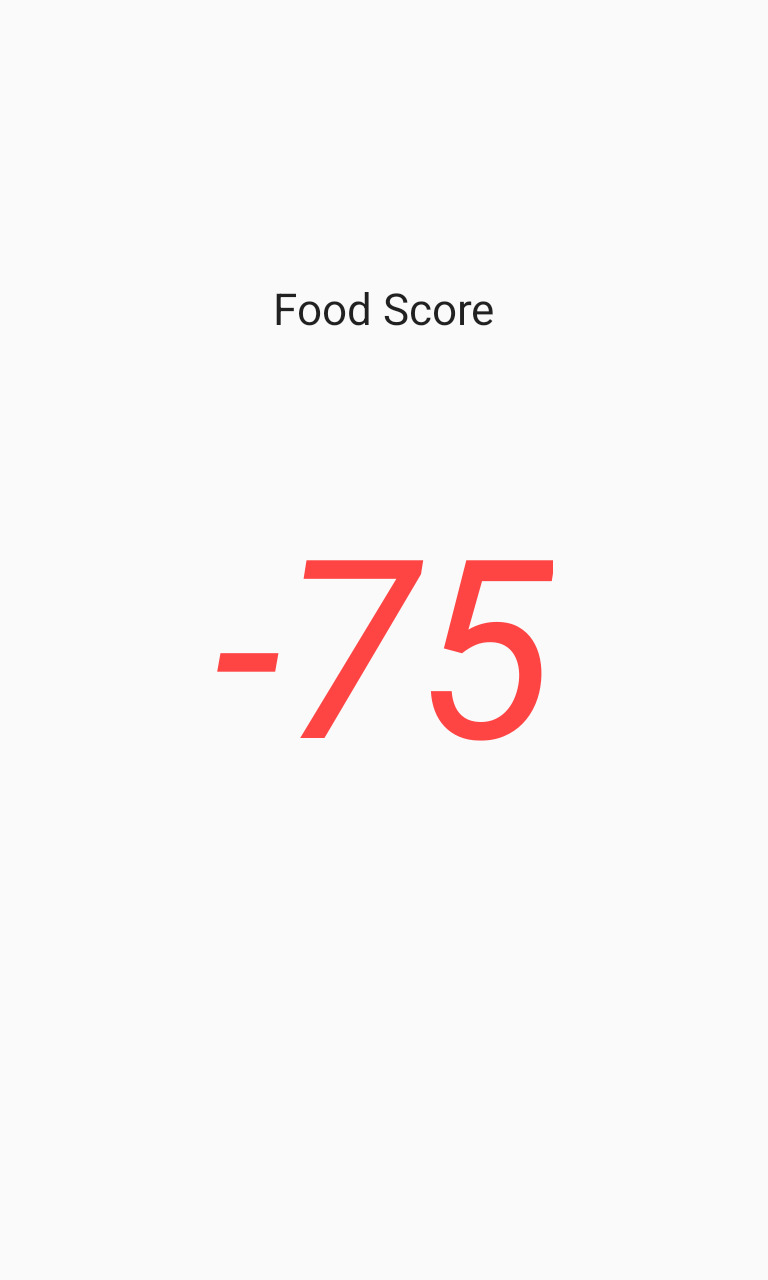
Repository: sehmon/workspace-eclipse
Layout: WhatAmIEating/res/layout/fragment_score.xml
These files come from the project's save history. The layout is drawn as it stood at one moment and after the next save; the edit follows.
It is drawn on a 768 x 1280 px phone screen (xhdpi) without system bars, with theme AppTheme; the app's code is not run.

Above is the layout before, as saved 2014-04-13 11:42:53.

### WhatAmIEating/res/layout/fragment_score.xml
<?xml version="1.0" encoding="utf-8"?>
<RelativeLayout xmlns:android="http://schemas.android.com/apk/res/android"
    android:layout_width="match_parent"
    android:layout_height="match_parent" >

    <TextView
        android:id="@+id/textView1"
        android:layout_width="wrap_content"
        android:layout_height="wrap_content"
        android:layout_centerHorizontal="true"
        android:layout_centerVertical="true"
        android:text="-75"
        android:textAppearance="?android:attr/textAppearanceLarge"
        android:textSize="125dp"
        android:textStyle="italic"
        android:textColor="#FF4444" />


    <TextView
        android:id="@+id/scoreTextView"
        android:layout_width="wrap_content"
        android:layout_height="wrap_content"
        android:layout_above="@+id/textView1"
        android:layout_centerHorizontal="true"
        android:layout_marginBottom="68dp"
        android:text="Food Score"
        android:textAppearance="?android:attr/textAppearanceLarge"
         />

</RelativeLayout>

Loaded but not shown: WhatAmIEating/res/values/styles.xml (common file); WhatAmIEating/res/values-v11/styles.xml (common file); WhatAmIEating/res/values-v14/styles.xml (common file)

After the next save:
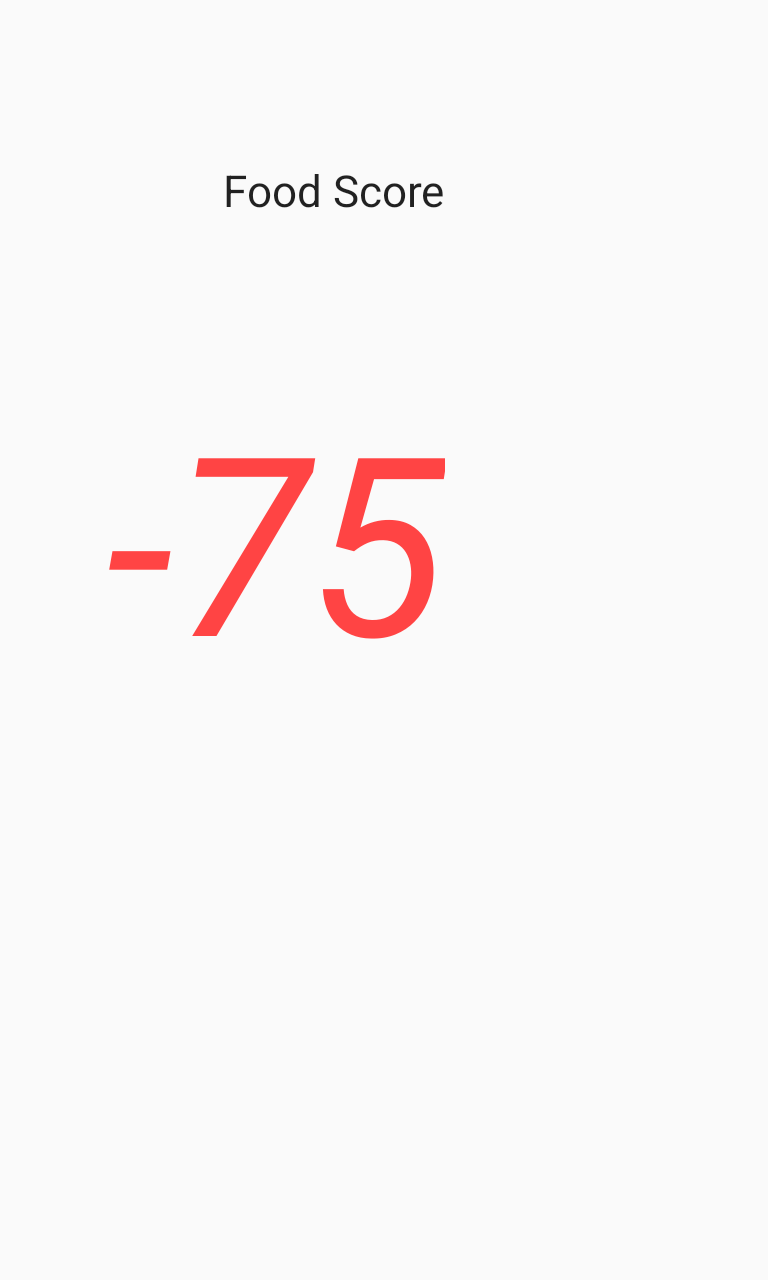
Saved 81 s later.
--- a/WhatAmIEating/res/layout/fragment_score.xml
+++ b/WhatAmIEating/res/layout/fragment_score.xml
@@ -7,24 +7,25 @@
         android:id="@+id/textView1"
         android:layout_width="wrap_content"
         android:layout_height="wrap_content"
-        android:layout_centerHorizontal="true"
-        android:layout_centerVertical="true"
+        android:layout_alignParentLeft="true"
+        android:layout_below="@+id/scoreTextView"
+        android:layout_marginLeft="53dp"
+        android:layout_marginTop="76dp"
+        android:gravity="center"
         android:text="-75"
         android:textAppearance="?android:attr/textAppearanceLarge"
+        android:textColor="#FF4444"
         android:textSize="125dp"
-        android:textStyle="italic"
-        android:textColor="#FF4444" />
-
+        android:textStyle="italic" />
 
     <TextView
         android:id="@+id/scoreTextView"
         android:layout_width="wrap_content"
         android:layout_height="wrap_content"
-        android:layout_above="@+id/textView1"
-        android:layout_centerHorizontal="true"
-        android:layout_marginBottom="68dp"
+        android:layout_alignParentTop="true"
+        android:layout_alignRight="@+id/textView1"
+        android:layout_marginTop="80dp"
         android:text="Food Score"
-        android:textAppearance="?android:attr/textAppearanceLarge"
-         />
+        android:textAppearance="?android:attr/textAppearanceLarge" />
 
 </RelativeLayout>
